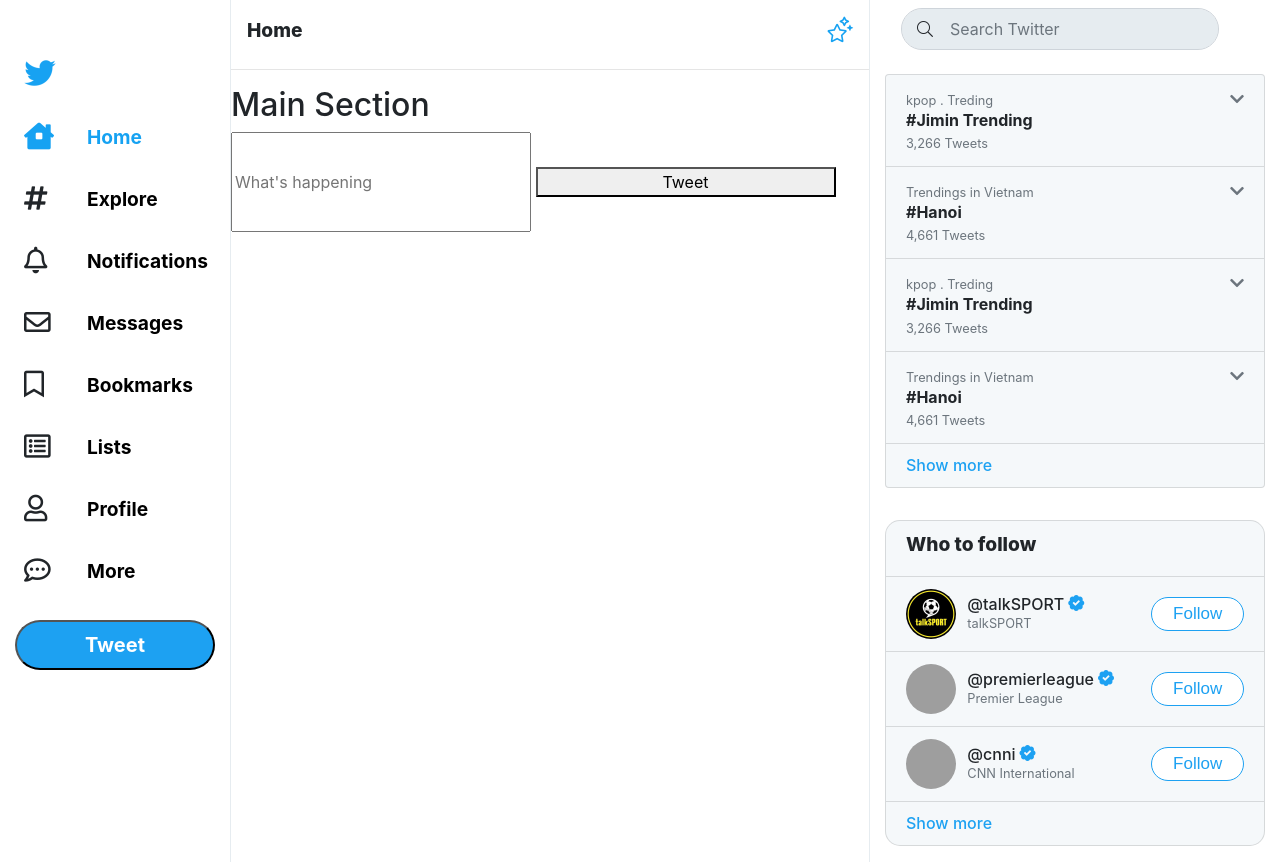
Repository: tts2610/Twitter-clone
Page: index.html
These files come from the project's save history. The page is drawn as it stood at one moment and after the next save; the edit follows.
The browser window is 1280 px wide. The pictures show the whole page.
Pictures or frames that could not be fetched are drawn as grey boxes.

Above is the page before, as saved 2020-05-23 15:43:17.

After the next save:
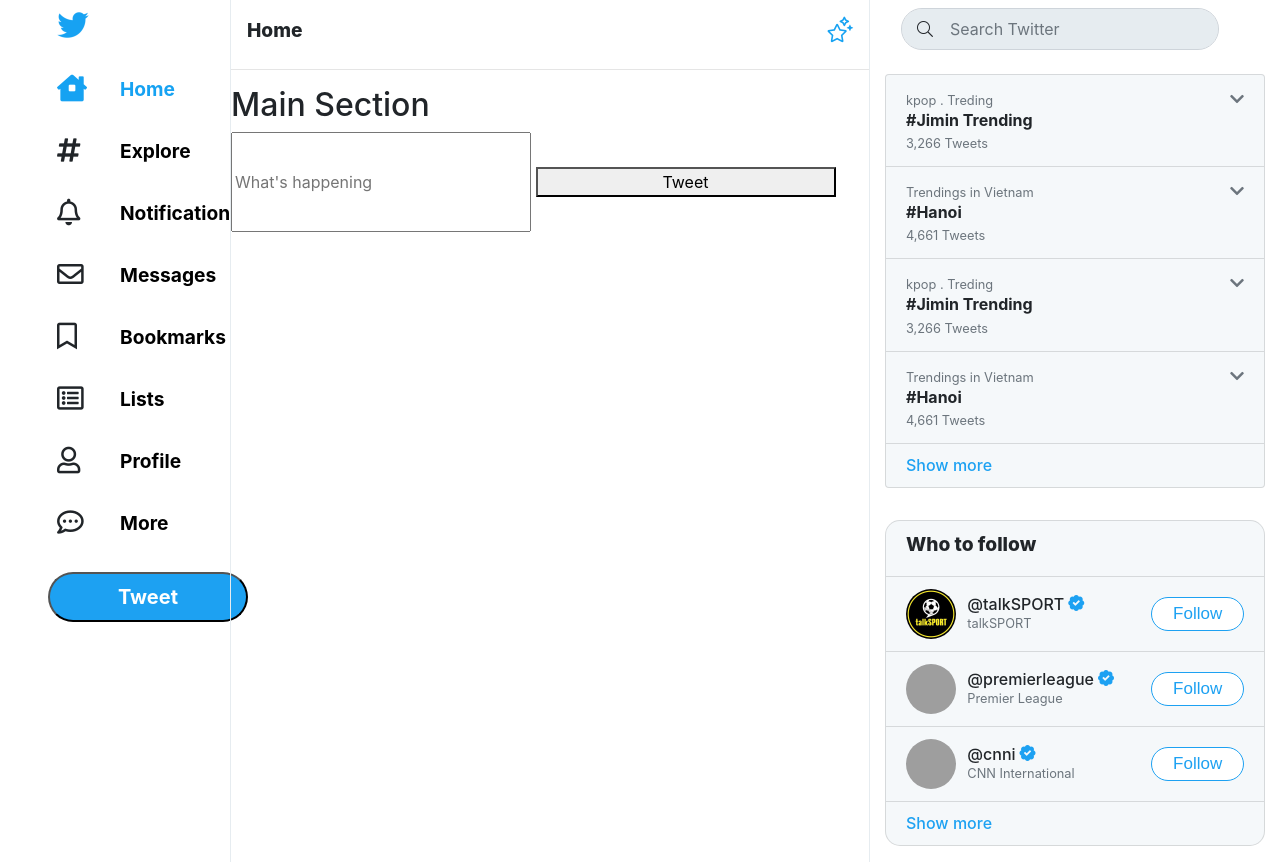
Saved 5 s later.
--- a/index.html
+++ b/index.html
@@ -27,7 +27,7 @@
 <body>
     <div class="container" style="width: 100%;">
         <div class="row">
-            <div class="col-3 py-5">
+            <div class="col-3 px-5">
                 <div class="row">
                     <div class="col"><img src="/img/twt-logo1.png" alt="twitter-logo" width="50" height="50"></div>
                 </div>
